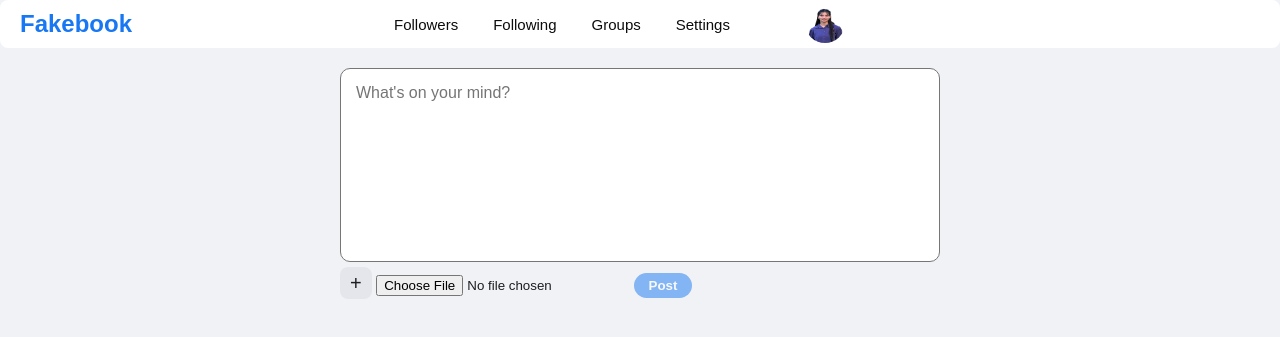
Repository: harpreetkaur2201/FAKEBOOK
Page: fakebook_profile/index.html
The author's editor kept a copy of each file at every save. The page is drawn from the files as they stood at one save, then again after the next save.
The browser window is 1280 px wide. The pictures show the whole page.

Above is the page before, as saved 2025-11-14 20:00:51.

After the next save:
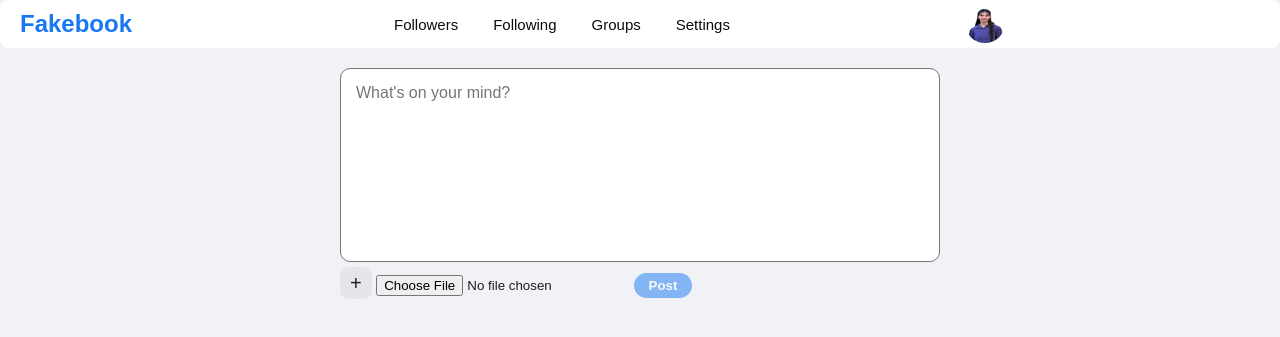
Saved 13 s later.
--- a/fakebook_profile/assets/styles/style.css
+++ b/fakebook_profile/assets/styles/style.css
@@ -59,7 +59,7 @@ header nav img.avatar {
   height: 40px;
   border-radius: 50%;
   position: relative;
-  left: 100%;
+  left: 500%;
 }
 
 .create-post {
